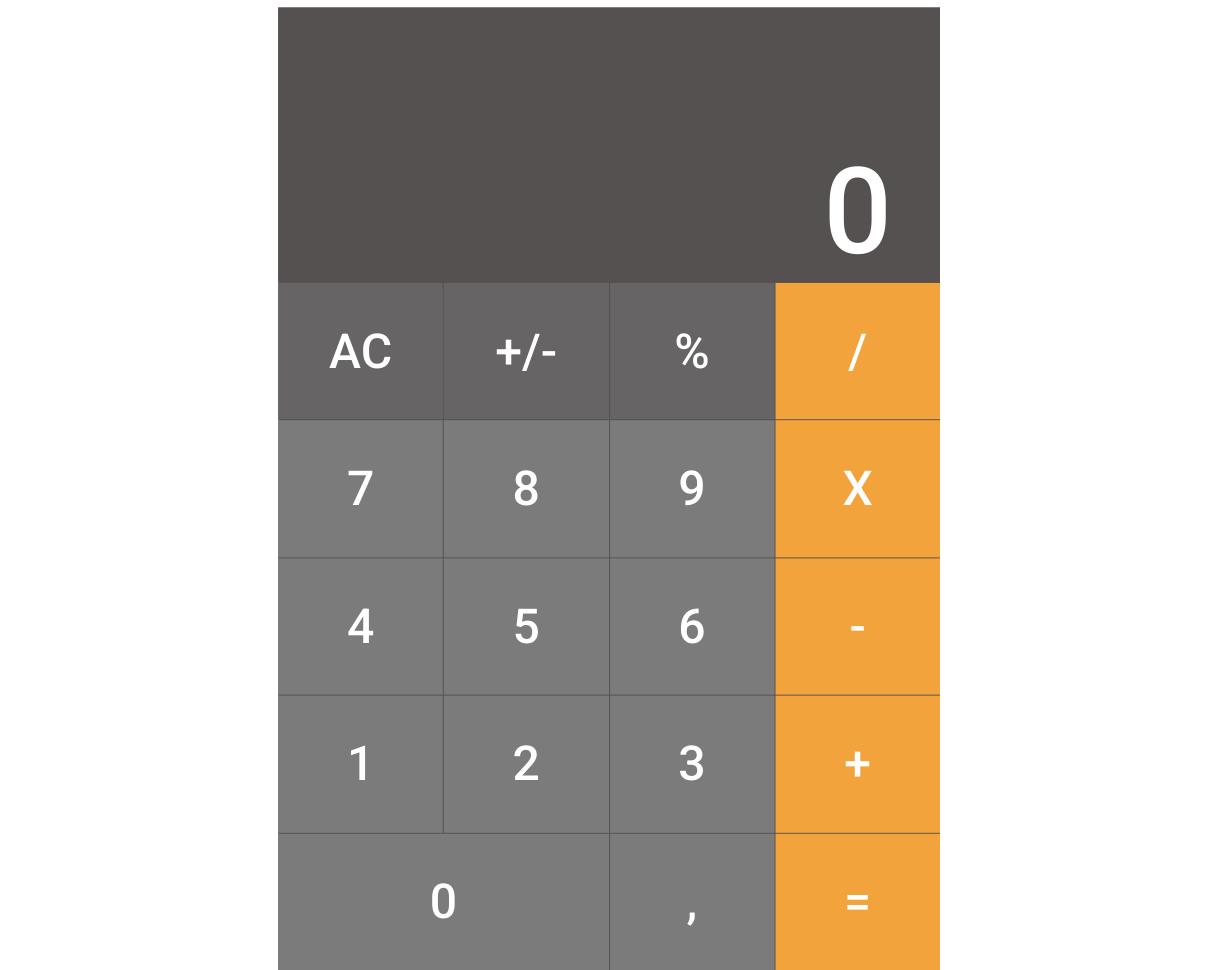
Repository: maciekto/calculatorOOP
Page: index.html
The author's editor kept a copy of each file at every save. The page is drawn from the files as they stood at one save, then again after a run of saves.
The browser window is 1280 px wide. The page is 1288 px wide, so the pictures cover 1288 px, including what lies to the right of the window. The pictures show the whole page, at 94% of full size.

Above is the page before, as saved 2022-06-19 19:04:41.

### index.html
<!DOCTYPE html>
<html lang="en">
<head>
    <meta charset="UTF-8">
    <meta http-equiv="X-UA-Compatible" content="IE=edge">
    <meta name="viewport" content="width=device-width, initial-scale=1.0">
    <title>Document</title>
    <link rel="stylesheet" href="css.css">


</head>
<body>
    <main>
        <div class="Calc">
            <div class="Calc__result">0</div>

            <div class="Calc__reset">
                AC
            </div>
            <div class="Calc__opposite">
                +/-
            </div>
            <div class="Calc__percentages">
                %
            </div>
            <div class="Calc__divide">
                /
            </div>

            <div class="Calc__7">7</div>
            <div class="Calc__8">8</div>
            <div class="Calc__9">9</div>
            <div class="Calc__multiply">
                X
            </div>

            <div class="Calc__4">4</div>
            <div class="Calc__5">5</div>
            <div class="Calc__6">6</div>
            <div class="Calc__substraction">
                -
            </div>

            <div class="Calc__1">1</div>
            <div class="Calc__2">2</div>
            <div class="Calc__3">3</div>
            <div class="Calc__addition">
                +
            </div>

            <div class="Calc__0">0</div>
            <div class="Calc__comma">,</div>
            <div class="Calc__isequal">
                =
            </div>

        </div>
    </main>

    <script src="js.js"></script>
</body>
</html>

### css.css
@import url('https://fonts.googleapis.com/css2?family=Roboto:wght@400;500;700&display=swap');

* {
    font-family: 'Roboto', sans-serif;
    font-weight: 500;
    box-sizing: border-box;
}

main {
    width: 100vw;
    height: 100vh;
    display: grid;
    place-items: center;
}

.Calc {
    max-width: 60vw;
    width: 55vw;
    height: 80vw;
    background: #545150;
    color: white;
    display: grid;
    grid-template-columns: repeat(4, 1fr);
    grid-template-rows: repeat(7, 1fr);
    grid-template-areas:
    "result result result result"
    "result result result result"
    "reset opposite percentages divide"
    "seven eight nine multiply"
    "four five six substraction"
    "one two three addition"
    "zero zero comma isequal"
    ;
    grid-gap: 1px;
    font-size: 4vw;
}
.Calc div {
    display: grid;
    place-items: center;
    background: #7b7b7c;
}
.Calc__result {
    padding: 0 4vw;
    font-size: 10vw;
    grid-area: result;
    background: #545150 !important;
    place-items: end end !important;
}
.Calc__reset {
    background: #666464 !important;
}
.Calc__opposite {
    background: #666464 !important;
}
.Calc__percentages {
    background: #666464 !important;
}
.Calc__divide {
    background: #f2a33c !important;
}
.Calc__multiply {
    background: #f2a33c !important;
}
.Calc__substraction {
    background: #f2a33c !important;
}
.Calc__addition {
    background: #f2a33c !important;
}
.Calc__isequal {
    background: #f2a33c !important;
}


.Calc__0 {
    grid-area: zero;
}

### js.js
console.log('siemano')

After the next 2 saves:
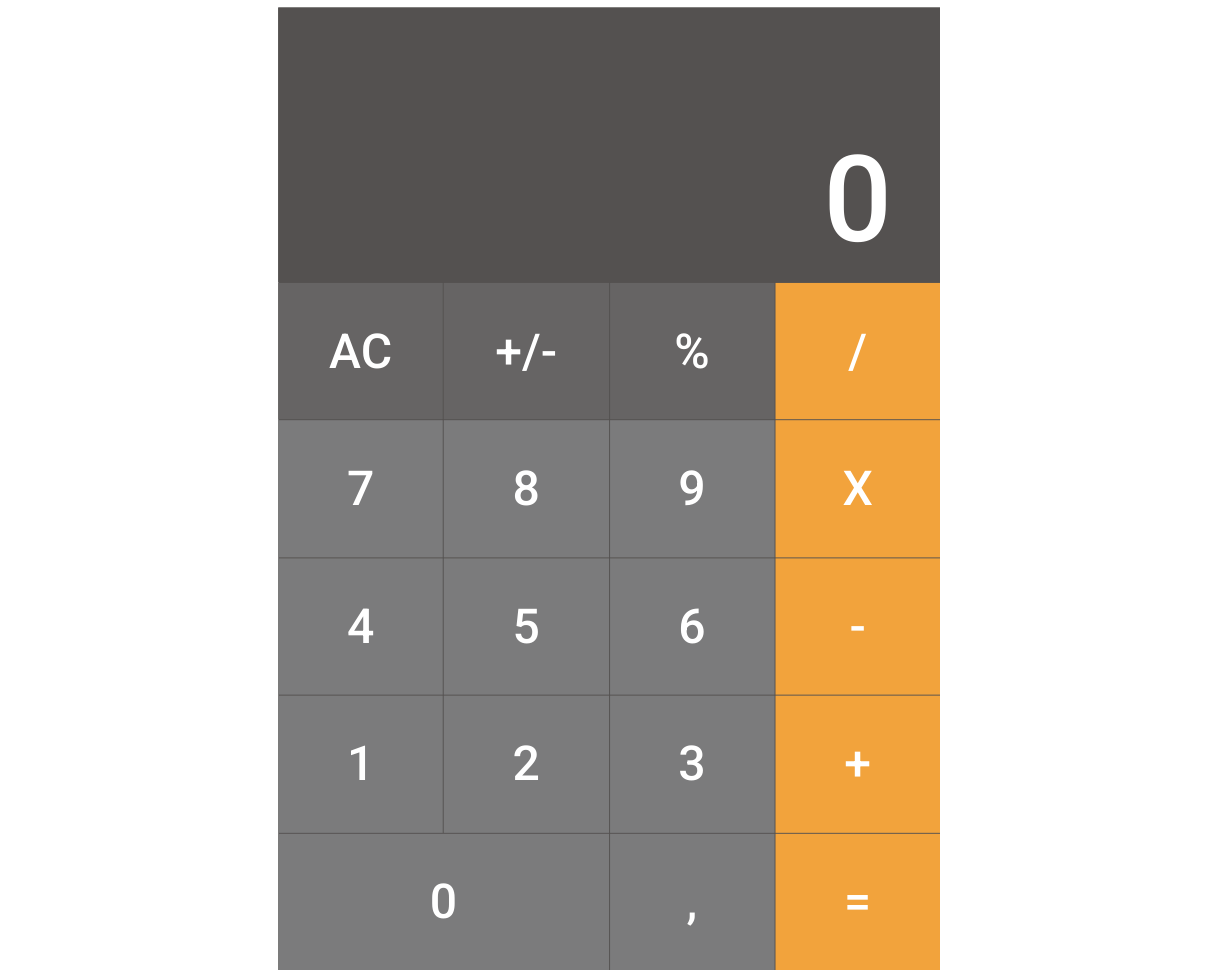
The 2 saves are shown as one change because they came seconds apart.
The last was saved 8 s later.
--- a/css.css
+++ b/css.css
@@ -40,7 +40,7 @@ main {
     background: #7b7b7c;
 }
 .Calc__result {
-    padding: 0 4vw;
+    padding: 0 4vw 1vw 0;
     font-size: 10vw;
     grid-area: result;
     background: #545150 !important;
